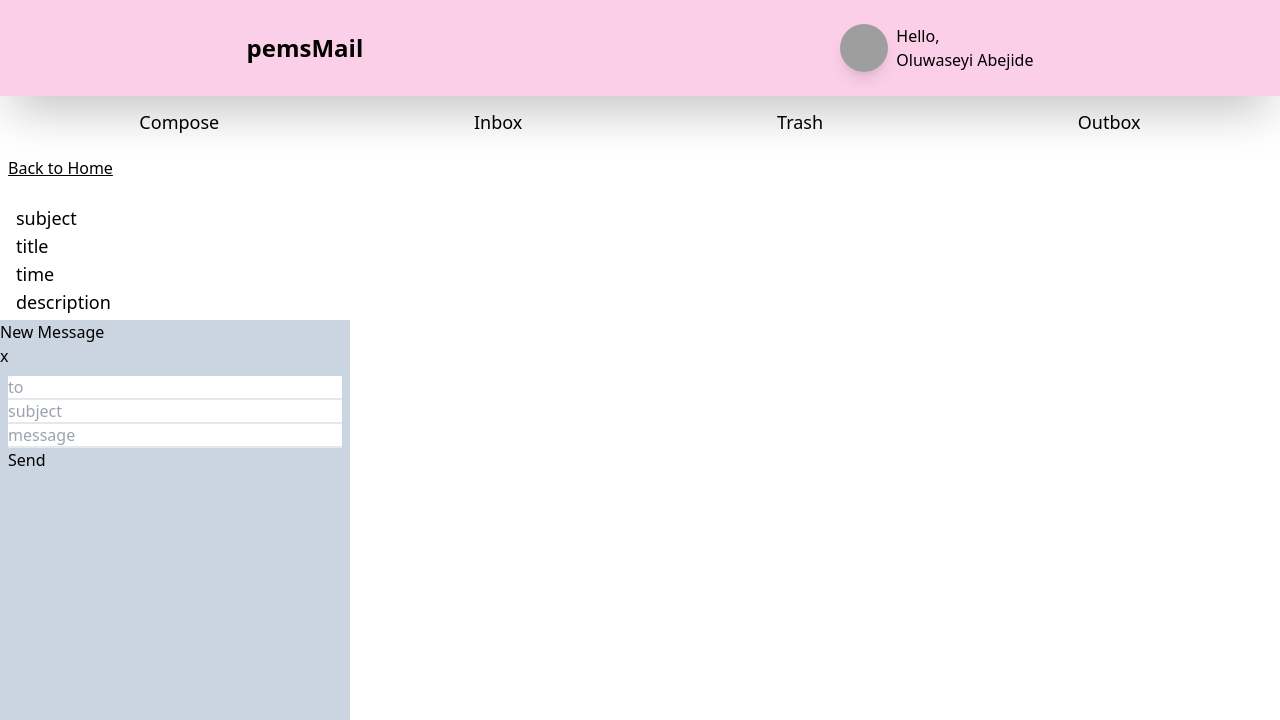
Repository: Semanmernstack/mailclone
Page: /mail
These files come from the project's save history. The page is drawn as it stood at one moment and after the next save; the edit follows.
The browser window is 1280 px wide. The pictures show the whole page.
Pictures or frames that could not be fetched are drawn as grey boxes. The project was rebuilt for these pictures with package versions that can differ from the ones it lists, and the page was loaded fresh each time. Also part of the build but not shown: src/features/counter/Counter.module.css, src/features/counter/Counter.js, src/OpenRow.js, src/Open.js.

Above is the page before, as saved 2023-01-16 04:03:51.

After the next save:
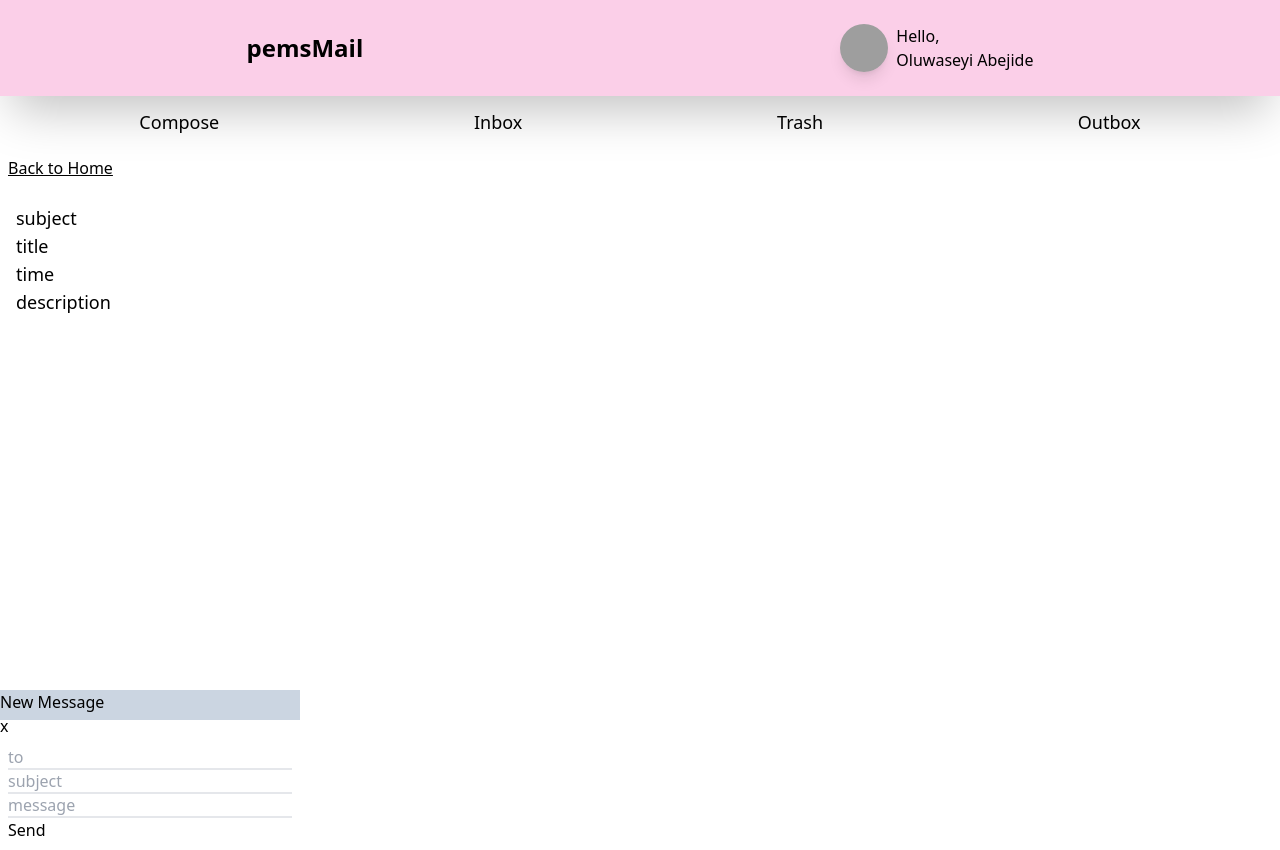
Saved 29 s later.
--- a/src/SendMail.js
+++ b/src/SendMail.js
@@ -5,7 +5,7 @@ function SendMail() {
     const { register, handleSubmit, formState: { errors } } = useForm();
     const onSubmit = (formData) => {}
   return (
-    <div className=" flex absolute bottom-0 flex-col max-width-[350px] h-[400px] w-[350px] bg-slate-300">
+    <div className=" flex absolute bottom-0 flex-col max-width-[350px] h-[30px] w-[300px] bg-slate-300">
             <div className=" ">
                 <h3>New Message</h3>
                 <button   >x</button>
